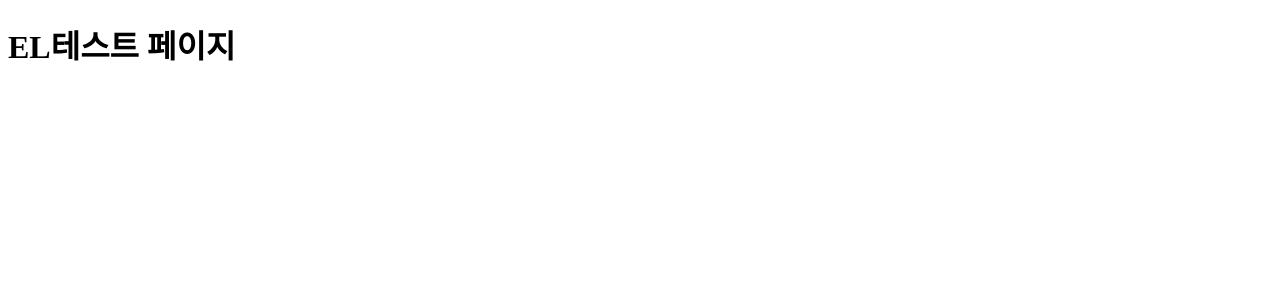
Repository: ajtwls1256/Web-workspace
Page: Day55-jspTag/WebContent/EL/jsp_EL.html
An editor plug-in stored every save of this project. The page is shown before and after the next save, followed by the edit.
The browser window is 1280 px wide. The pictures show the whole page.

Above is the page before, as saved 2019-10-14 01:43:34.

After the next save:
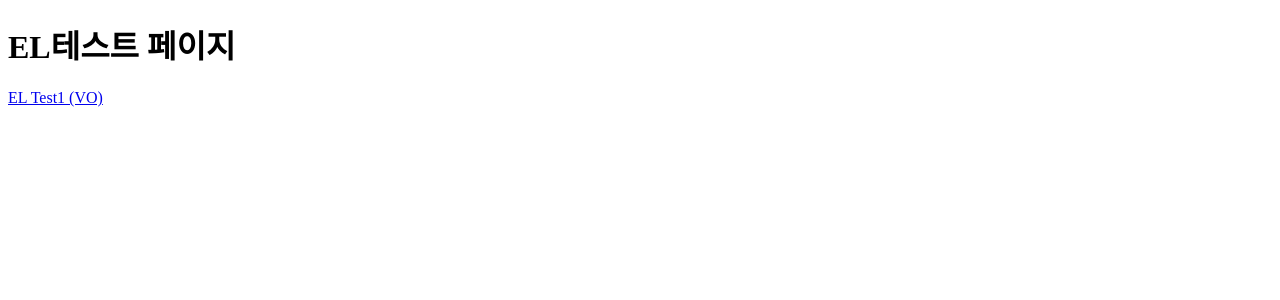
Saved 24 s later.
--- a/Day55-jspTag/WebContent/EL/jsp_EL.html
+++ b/Day55-jspTag/WebContent/EL/jsp_EL.html
@@ -6,5 +6,6 @@
 </head>
 <body>
 	<h1>EL테스트 페이지</h1>
+	<a href="/jsp/ELServeltTest1">EL Test1 (VO)</a>
 </body>
 </html>
